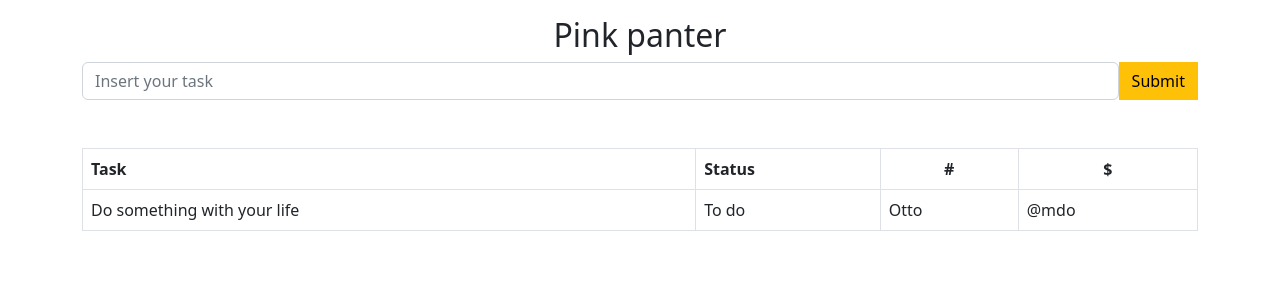
Repository: Wladomax/todo-vue
Page: /
An editor plug-in stored every save of this project. The page is shown before and after the next save, followed by the edit.
The browser window is 1280 px wide. The pictures show the whole page.
The project was rebuilt for these pictures with package versions that can differ from the ones it lists, and the page was loaded fresh each time. Also part of the build but not shown: vue.config.js.

Above is the page before, as saved 2023-01-01 11:55:43.

After the next save:
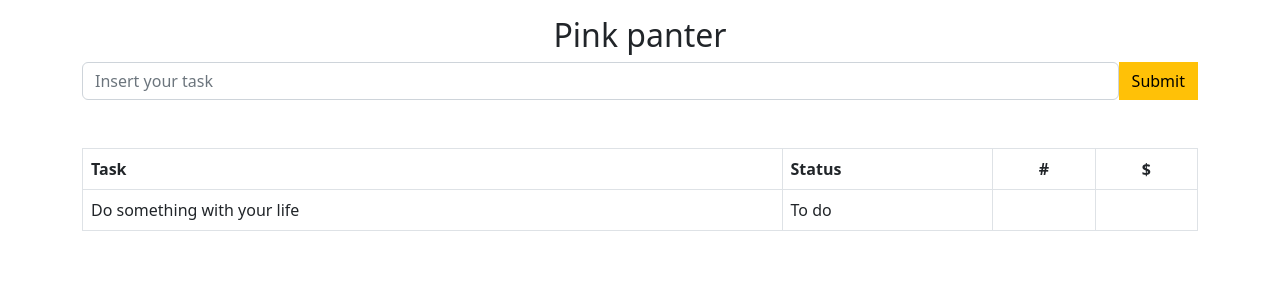
Saved 2 min 56 s later.
--- a/src/components/ToDo.vue
+++ b/src/components/ToDo.vue
@@ -22,8 +22,16 @@
         <tr>
           <td>Do something with your life</td>
           <td>To do</td>
-          <td>Otto</td>
-          <td>@mdo</td>
+          <td>
+            <div>
+              <span class="fa"> </span>
+            </div>
+          </td>
+          <td>
+            <div>
+              <span class="fa"> </span>
+            </div>
+          </td>
         </tr>
       </tbody>
     </table>
